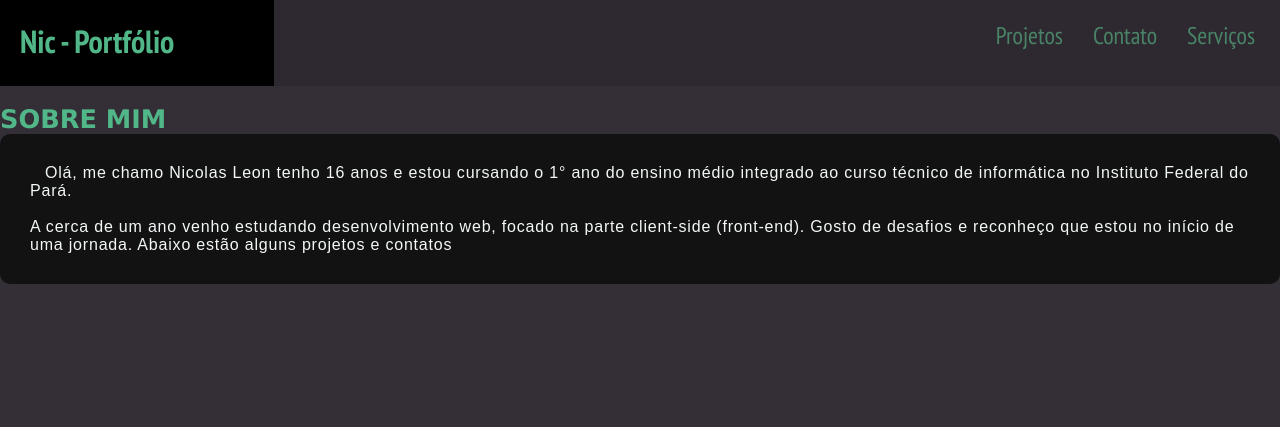
Repository: Leonngc/portfolio
Page: index.html
The author's editor kept a copy of each file at every save. The page is drawn from the files as they stood at one save, then again after the next save.
The browser window is 1280 px wide. The pictures show the whole page.

Above is the page before, as saved 2022-12-02 11:16:50.

After the next save:
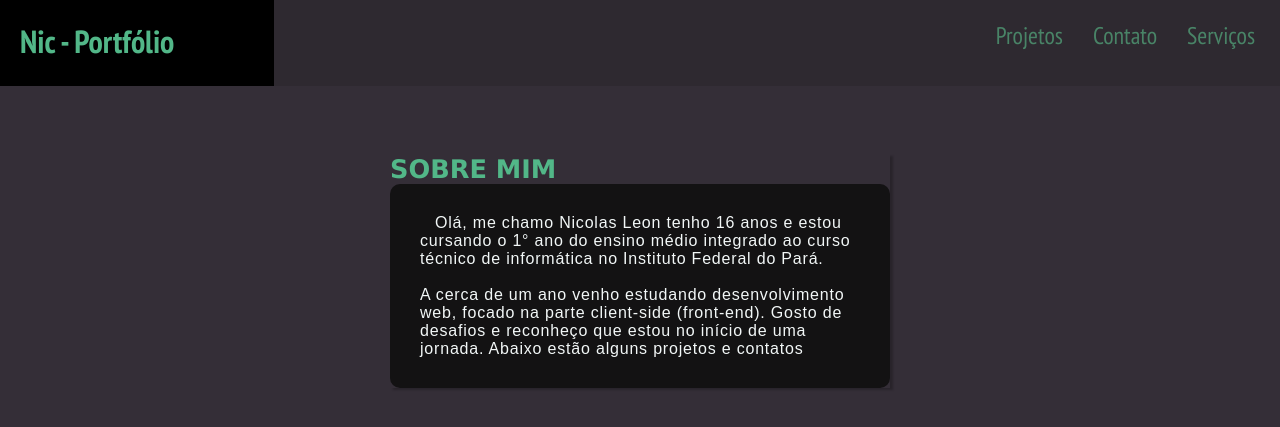
Saved 5 s later.
--- a/index.html
+++ b/index.html
@@ -28,7 +28,7 @@
         </span>
     </section>
 
-    <section >
+    <section class="text">
         <h2>Sobre mim</h2>
         <p>Olá, me chamo Nicolas Leon tenho 16 anos e estou cursando o 1° ano do ensino médio integrado ao curso técnico de informática no Instituto Federal do Pará. <br> <br>
         A cerca de um ano venho estudando desenvolvimento web, focado na parte client-side (front-end). Gosto de desafios e reconheço que estou no início de uma jornada. Abaixo estão alguns projetos e contatos</p>
